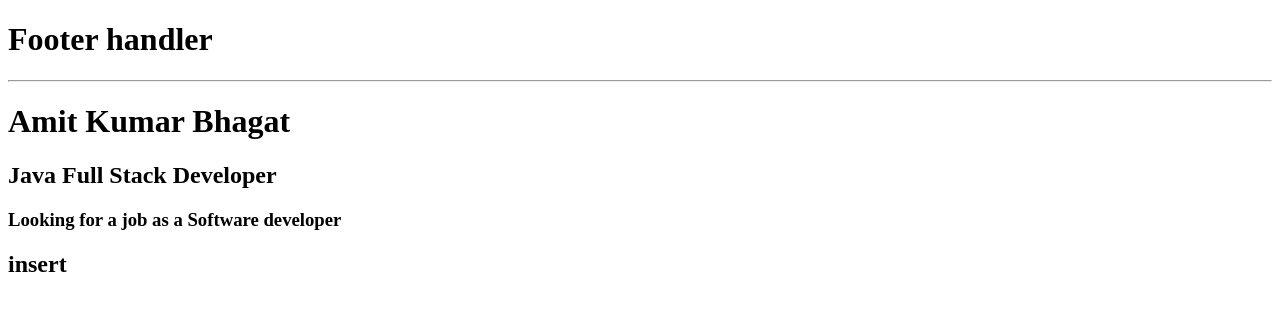
Repository: AmitKumarBhagat1/Spring-SpringBoot
Page: http://localhost/service
An editor plug-in stored every save of this project. The page is shown before and after the next save, followed by the edit.
The browser window is 1280 px wide. The pictures show the whole page.
The page is this project's Thymeleaf template; nobody is signed in. The template is opened directly, without the code that normally fills it, so the values that code supplies are empty.

Above is the page before, as saved 2024-07-01 18:18:19.

After the next save:
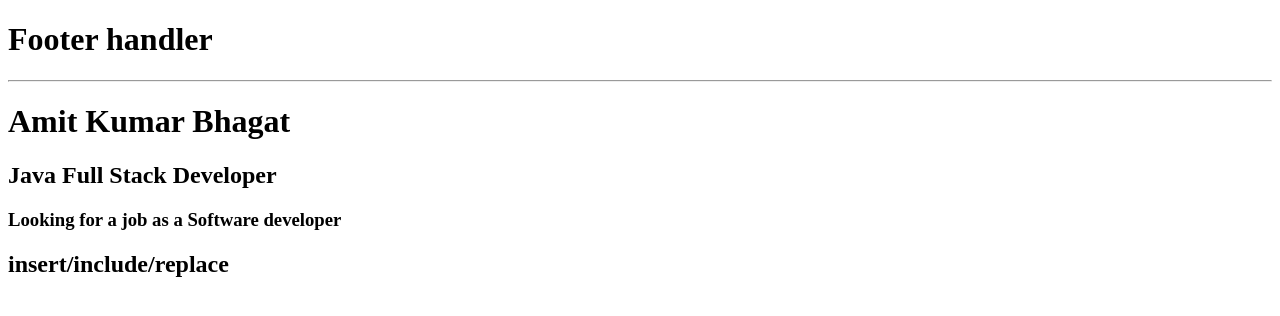
Saved 59 s later.
--- a/thymeleaf/src/main/resources/templates/service.html
+++ b/thymeleaf/src/main/resources/templates/service.html
@@ -7,7 +7,7 @@
 <body>
 	<h1>Footer handler</h1>
 	<!-- adding footer using footer fragment -->
-	<footer id="hostTag" th:replace="footer::footer1"></footer>
-	<h2>insert</h2>
+	<footer id="hostTag" th:include="footer::footer1"></footer>
+	<h2>insert/include/replace</h2>
 </body>
 </html>
